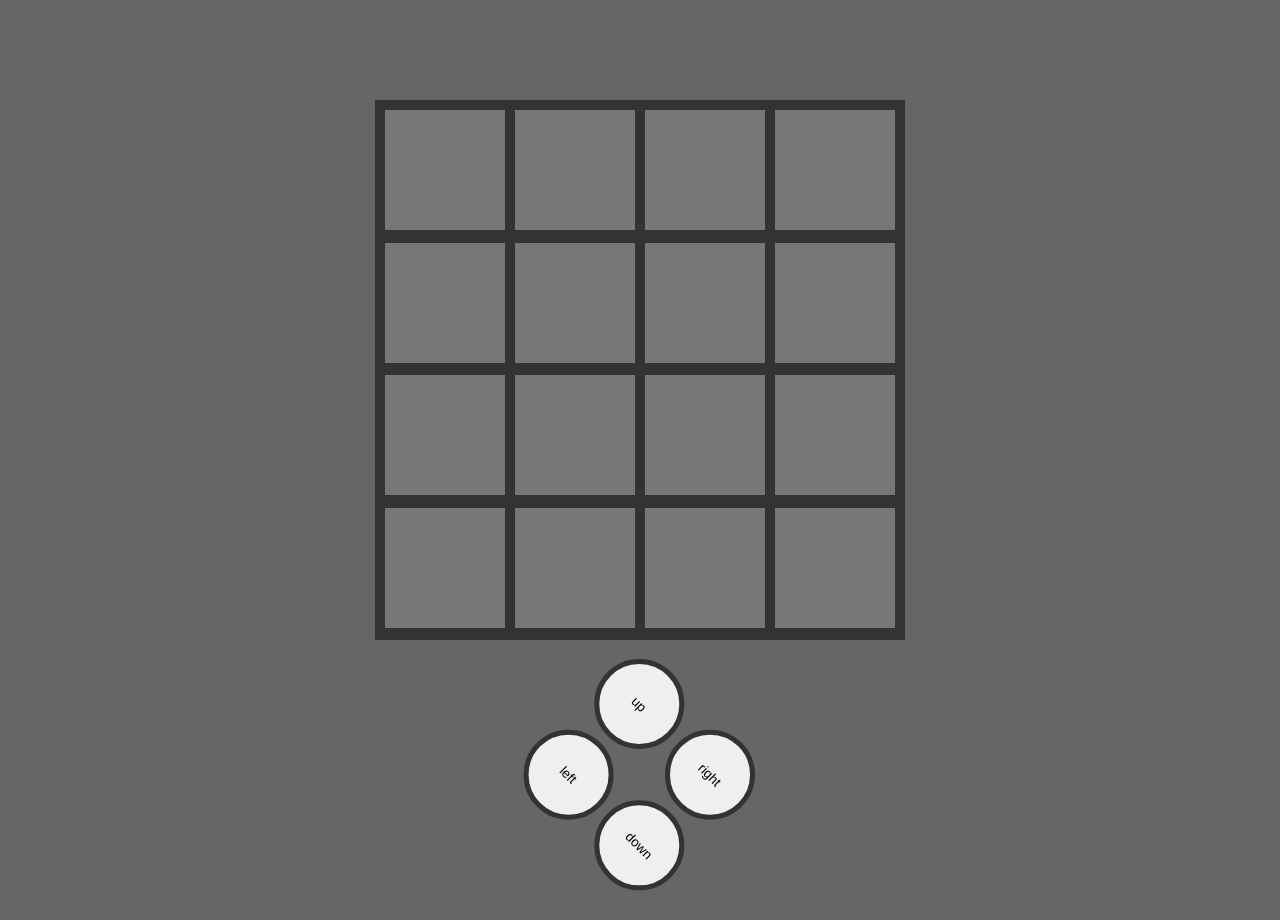
Repository: thisisbb/2048
Page: index.html
The author's editor kept a record of every edit. The page is drawn from the files as they stood at one moment, then again after the next edit.
The browser window is 1280 px wide. The pictures show the whole page.
The pointer rests on the first visible `.buttons > button`.

Above is the page before.

### index.html
<!doctype html>
<html lang="en">

<head>
    <meta charset="UTF-8">
    <title>Document</title>
    <link rel="stylesheet" href="css/style.css" type="text/css" />
</head>

<body>
    <div id="view">
        <div class="wrapper" rv-startvalue>
            <div rv-each-cell="model.cells" rv-html="cell.data | hidezero"></div>
        </div>
        <div class="buttons">
            <button rv-each-button="model.buttons" rv-html="button" rv-on-click="model.operate"></button>
        </div>
    </div>
    <script type="text/javascript" src="bower_components/rivets/dist/rivets.bundled.min.js"></script>
    <script type="text/javascript" src="js/binders.js"></script>
    <script type="text/javascript" src="js/formatters.js"></script>
    <script type="text/javascript" src="js/app.js"></script>

</body>

</html>

### css/style.css
* {
    margin: 0;
    padding: 0;
}

body {
    width: 100vw;
    height: 100vh;
    background-color: #666;
    display: flex;
}

#view {
    width: 530px;
    height: 530px;
    margin: 100px auto;
}

.wrapper {
    height: 100%;
    background-color: #333;
    display: flex;
    flex-wrap: wrap;
    padding: 5px;
}

.wrapper > div {
    width: 120px;
    height: 120px;
    background-color: #777;
    margin: 5px;
    font-size: 48px;
    line-height: 120px;
    text-align: center;
    color: #fff;
}

.buttons {
    width: 200px;
    height: 200px;
    display: flex;
    margin: auto;
    justify-content: space-around;
    flex-wrap: wrap;
    transform: rotate(45deg) translate(24px, 30px);
}

.buttons > button {
    width: 45%;
    height: 45%;
    border-radius: 100%;
    border: 5px solid #333;
    outline:none;
}

.buttons > button:nth-of-type(2) {
    order:4
}
.buttons > button:nth-of-type(3) {
    order:3
}
button > span {
    display: block;
    transform: rotate(-45deg);
    font-size:28px;
    font-weight:bold;
    color:#333;
}

### js/formatters.js
rivets.formatters.hidezero = function (value){
	if (value !== 0)
	    return value;
	 else return;
}

### js/app.js
var view = document.querySelector("#view")

var Cell = function(x, y, data) {
    this.x = x;
    this.y = y;
    this.data = data || 0;
}


function fillMain(dataArray) {

    var array = [];
    for (var y = 0; y < 4; y++) {
        for (var x = 0; x < 4; x++) {
            array.push(new Cell(x, y));
        }
    }
    if (dataArray) {
        for (var i = 0; i < array.length; i++) {
            array[i].data = dataArray[i];
        }
    }
    return array;
}

function getRandomCoord() {
    return Math.floor(Math.random() * 4);
}

function twoOrFour() {
    if (Math.random() < 0.2) return 4;
    else return 2;
}

function getRandomInt(min, max) {
    return Math.floor(Math.random() * (max - min + 1)) + min;
}

function addNewData() {
    var cell = new Cell(getRandomCoord(), getRandomCoord(), twoOrFour());
    var emptyIndexes = [];
    for (var i = 0; i < viewModel.cells.length; i++) {
        if (viewModel.cells[i].data === 0) emptyIndexes.push(i);
    }
    var elementIndex = emptyIndexes[getRandomInt(0, emptyIndexes.length - 1)];
    if (elementIndex >= 0) {
        viewModel.cells[elementIndex].data = cell.data;
    }
}


function swap(array, a, b) {
    var temp = array[a];
    array[a] = array[b];
    array[b] = temp;
}

function transponation(matrix) {
    var matrixTransp = [
        [],
        [],
        [],
        []
    ];
    matrix.forEach(function(el) {
        for (var i = 0; i < el.length; i++) {
            matrixTransp[i].push(el[i]);
        }
    })
    return matrixTransp;
}

function getData(array) {
    var dataArray = array.map(function(el) {
        return el.data;
    });
    return dataArray;
}

function arrayToMatrix(dataArray) {
    var partOfOrigin, matrix = [];
    for (var i = 0; i < 15; i += 4) {
        partOfOrigin = dataArray.slice(i, i + 4);
        matrix.push(partOfOrigin);
    }
    return matrix;
}

function shiftReduceRight(matrix) {
    matrix.forEach(function(el, index) {
        for (var j = el.length - 2; j >= 0; j--) {
            if (el[j] === 0) {
                swap(el, j + 1, j);
            }
            if (el[j + 1] === el[j]) {
                el[j] = el[j + 1] + el[j];
                el[j + 1] = 0;
            }
        }
    })
    return matrix;
}

function shiftReduceLeft(matrix) {
    matrix.forEach(function(el, index) {
        for (var j = 1; j < el.length; j++) {
            if (el[j] === 0) {
                swap(el, j - 1, j);
            }
            if (el[j - 1] === el[j]) {
                el[j] = el[j - 1] + el[j];
                el[j - 1] = 0;
            }
        }
    });
    return matrix;
}


var viewModel = {
    cells: fillMain(),
    buttons: ["up", "down", "left", "right"],
    shift: function(way) {
        switch (way) {
            case 0:
                //up
                //транспонируем матрицу
                var matrixTransp = transponation(arrayToMatrix(getData(viewModel.cells)));
                matrixTransp = shiftReduceRight(matrixTransp);
                //транспонируем обратно
                viewModel.cells = fillMain(transponation(matrixTransp).join(",").split(",").map(function(el) {
                    return parseInt(el, 10);//переводим из строк в числа
                }));
                break;
            case 1:
                //down
                //транспонируем матрицу
                var matrixTransp = transponation(arrayToMatrix(getData(viewModel.cells)));
                matrixTransp = shiftReduceLeft(matrixTransp)
                //транспонируем обратно
                var matrixDeTransp = transponation(matrixTransp);

                viewModel.cells = fillMain(matrixDeTransp.join(",").split(",").map(function(el) {
                    return parseInt(el, 10);
                }));
                break;
            case 2:
                //left
                var matrix = arrayToMatrix(getData(viewModel.cells));

                matrix = shiftReduceRight(matrix);

                viewModel.cells = fillMain(matrix.join(",").split(",").map(function(el) {
                    return parseInt(el, 10);
                }));
                break;
            case 3:
                //right
                var matrix = arrayToMatrix(getData(viewModel.cells));
                    matrix = shiftReduceLeft(matrix);
                viewModel.cells = fillMain(matrix.join(",").split(",").map(function(el) {
                    return parseInt(el, 10);
                }));
                break;
        }
    },

    operate: function(ev, el) {
        viewModel.shift(el.index);
        addNewData();
    }


}

rivets.bind(view, {
    "model": viewModel
});

Loaded but not shown: bower_components/rivets/dist/rivets.bundled.min.js (library); js/binders.js (no copy from this time; the picture is the same without it)

After the next edit:
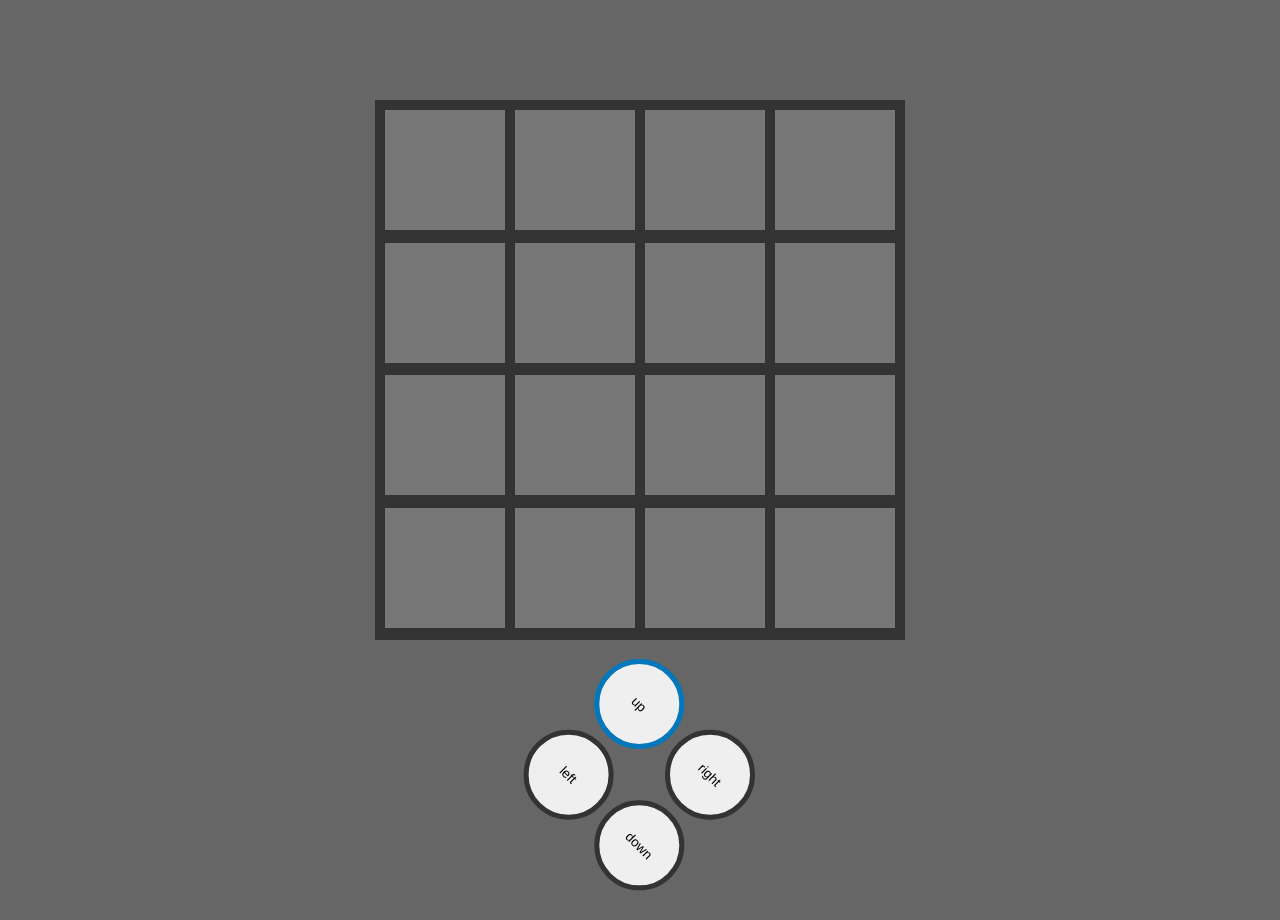
The edit:
--- a/css/style.css
+++ b/css/style.css
@@ -52,7 +52,9 @@
     border: 5px solid #333;
     outline:none;
 }
-
+.buttons > button:hover {
+    border-color:#0277bc;
+}
 .buttons > button:nth-of-type(2) {
     order:4
 }
